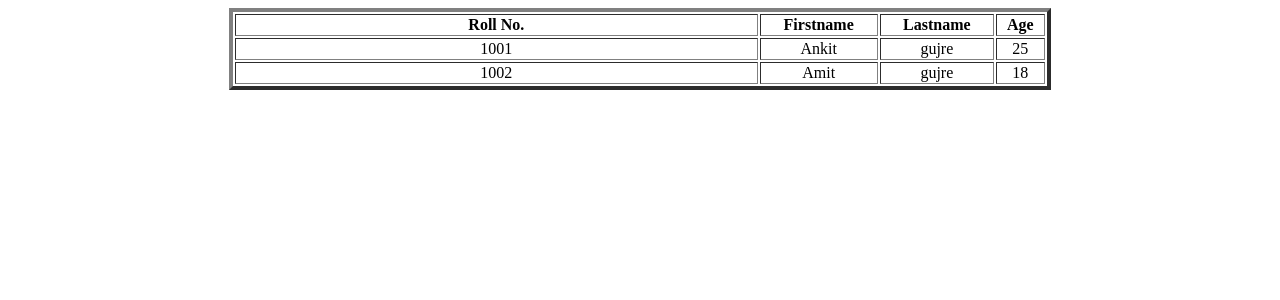
Repository: ankitgujre01/HTMLgeeks
Page: table.html
An editor plug-in stored every save of this project. The page is shown before and after the next save, followed by the edit.
The browser window is 1280 px wide. The pictures show the whole page.

Above is the page before, as saved 2025-09-03 23:25:48.

After the next save:
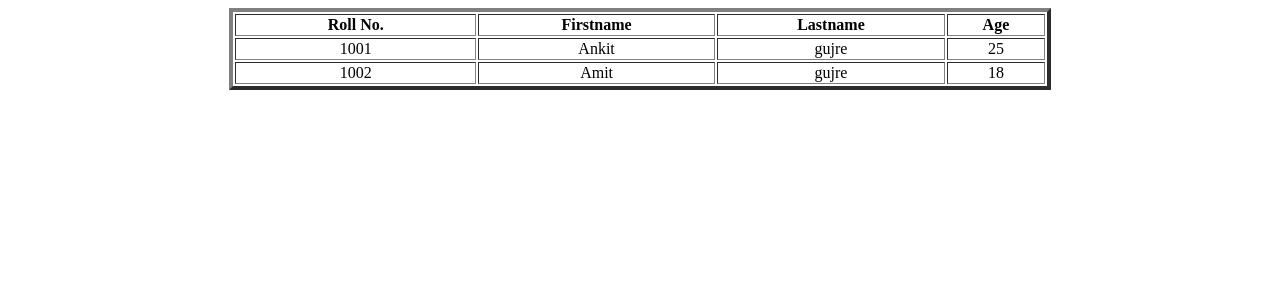
Saved 56 s later.
--- a/table.html
+++ b/table.html
@@ -5,7 +5,7 @@
     </head>
     <body>
         <table border="4" align="center" width='65%'>
-            <th width="65%">Roll No.</th>
+            <th width="30%">Roll No.</th>
             <th>Firstname</th>
             <th>Lastname</th>
             <th>Age</th>
